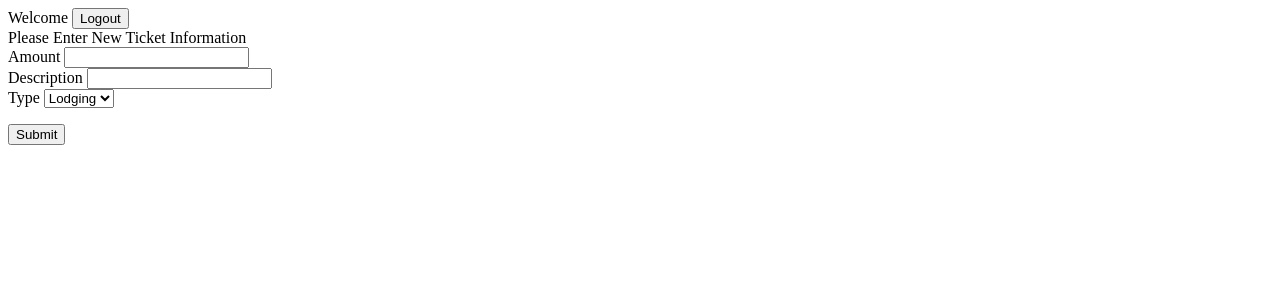
Repository: Sadiki/Expense_Reimbursement_System
Page: Ers_Project/src/main/webapp/partials/new_ticket.html
An editor plug-in stored every save of this project. The page is shown before and after the next save, followed by the edit.
The browser window is 1280 px wide. The pictures show the whole page.

Above is the page before, as saved 2018-11-07 04:57:49.

### Ers_Project/src/main/webapp/partials/new_ticket.html
<div>
    Welcome
    <label id='customer_name'></label>
    <button id='logout' class='home_button'>Logout</button>
</div>

<div>
    Please Enter New Ticket Information
    <br>
    <form>
        Amount
        <input id='amount'>
        <br/>
        Description
        <input id='description'>
        <br/>
        Type
        <select id='type'>
            <option>Lodging</option>
            <option>Travel</option>
            <option>Food</option>
            <option>Other</option>
        </select>
</form>
<button id='addTicket'>Submit</button>

<div class ="alert-danger"></div>
</div>

After the next save:
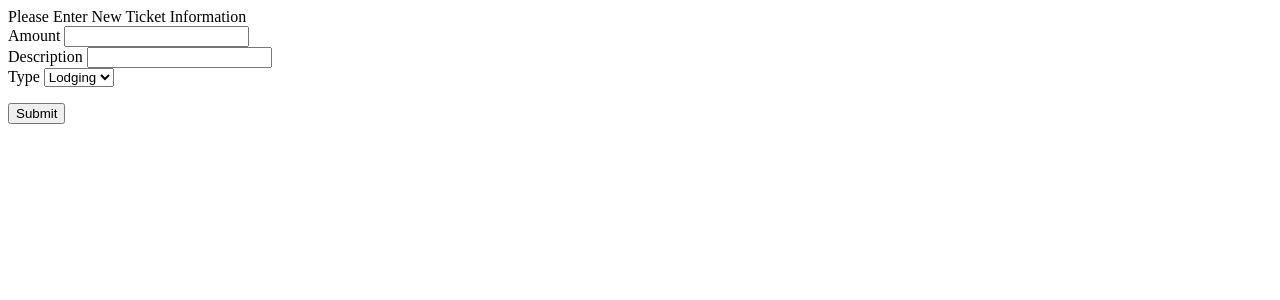
Saved 78 s later.
--- a/Ers_Project/src/main/webapp/partials/new_ticket.html
+++ b/Ers_Project/src/main/webapp/partials/new_ticket.html
@@ -1,9 +1,4 @@
-<div>
-    Welcome
-    <label id='customer_name'></label>
-    <button id='logout' class='home_button'>Logout</button>
-</div>
-
+<div id="viewContainer">
 <div>
     Please Enter New Ticket Information
     <br>
@@ -26,3 +21,4 @@
 
 <div class ="alert-danger"></div>
 </div>
+</div>
